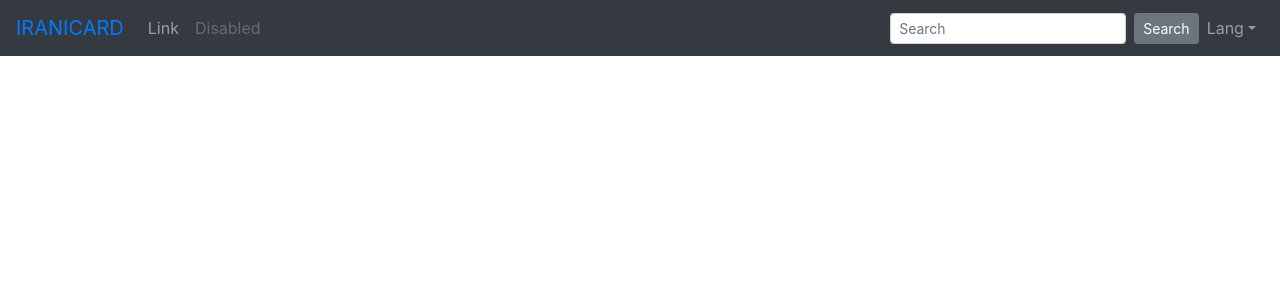
Repository: hosseinemami1370/iranicard
Page: /user
An editor plug-in stored every save of this project. The page is shown before and after the next save, followed by the edit.
The browser window is 1280 px wide. The pictures show the whole page.
Pictures or frames that could not be fetched are drawn as grey boxes. The page's requests for data from a server got no answer. The project was rebuilt for these pictures with package versions that can differ from the ones it lists, and the page was loaded fresh each time. The framework's server and built-in components were replaced by stand-ins that run in the browser. No one was signed in, and anything a server would have sent is missing. Also part of the build but not shown: nuxt.config.js, components/Header.vue, components/Logo.vue, components/UI/AppButton.vue, layouts/admin.vue, layouts/error.vue.

Above is the page before, as saved 2021-03-15 13:51:28.

After the next save:
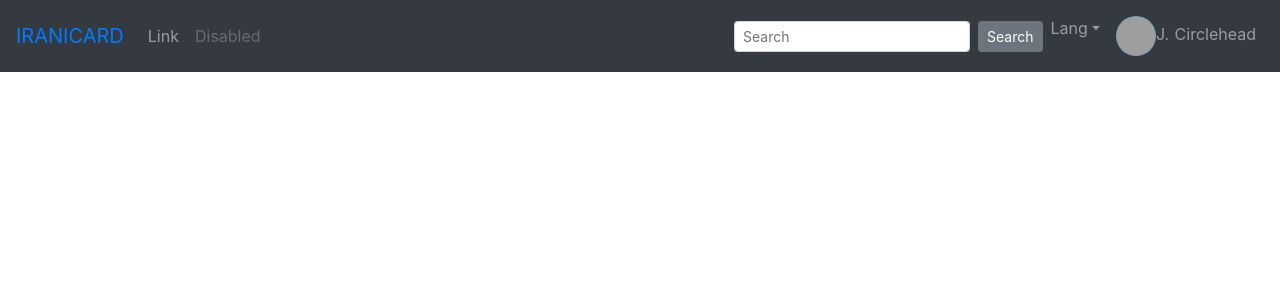
Saved 46 s later.
--- a/components/navigation/Header.vue
+++ b/components/navigation/Header.vue
@@ -36,6 +36,10 @@
           <b-dropdown-item href="#">Profile</b-dropdown-item>
           <b-dropdown-item @click="onLogout">Sign Out</b-dropdown-item>
         </b-nav-item-dropdown>
+        <b-nav-item>
+          <b-avatar variant="info" src="https://placekitten.com/300/300"></b-avatar>
+          <span class="mr-auto">J. Circlehead</span>
+        </b-nav-item>
       </b-navbar-nav>
 
     </b-collapse>
